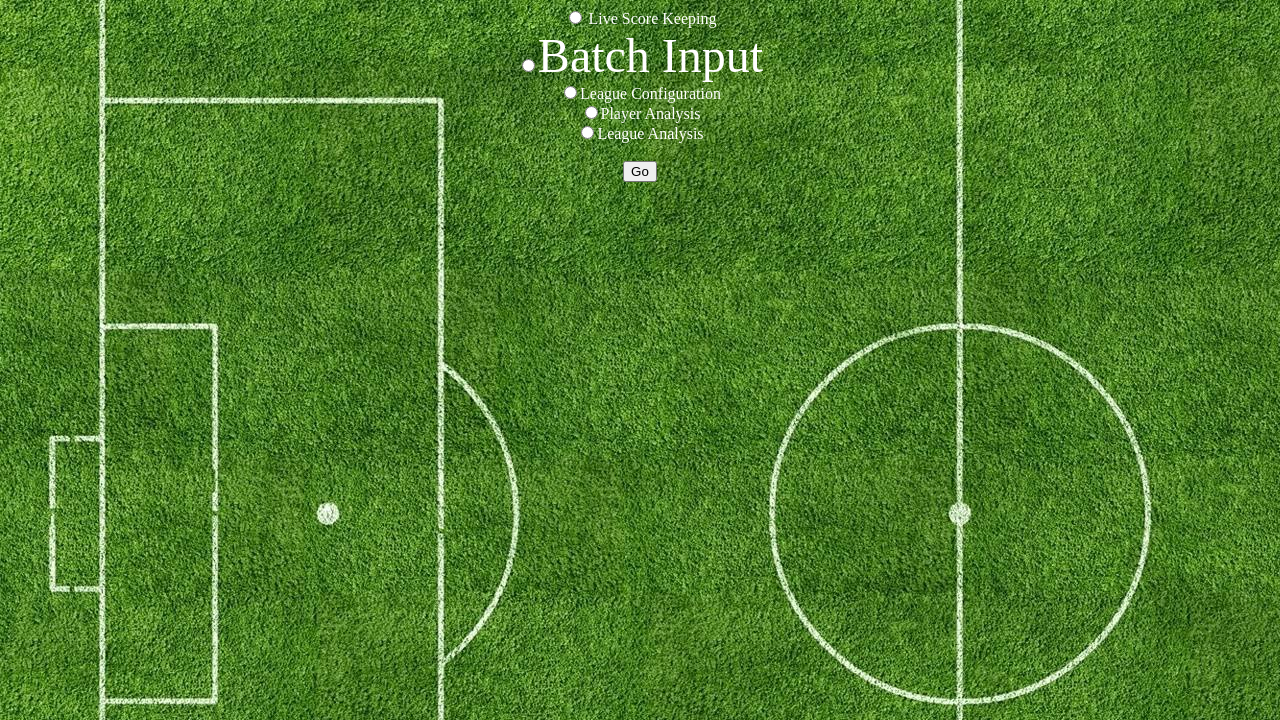
Repository: FredGlozman/SwiftScore
Page: SwiftScore/Website.html
These files come from the project's save history. The page is drawn as it stood at one moment and after the next save; the edit follows.
The browser window is 1280 px wide. The pictures show the whole page.

Above is the page before, as saved 2015-12-03 01:11:17.

After the next save:
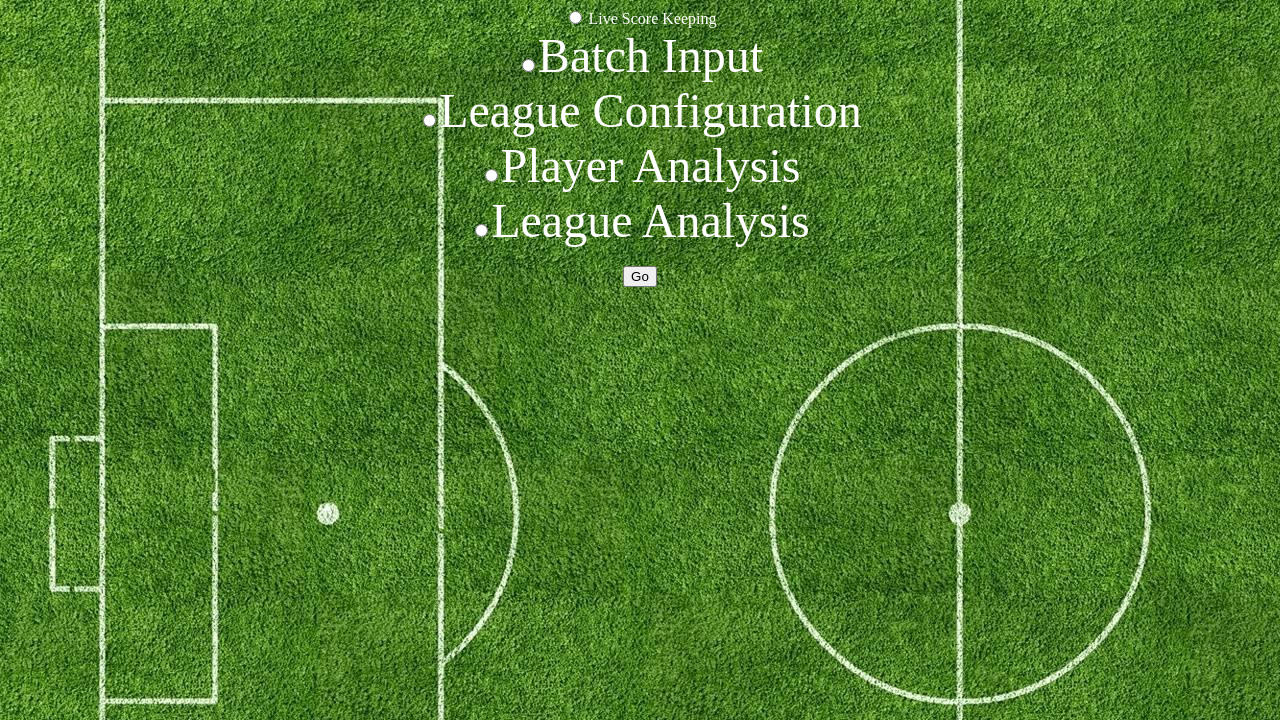
Saved 12 s later.
--- a/SwiftScore/Website.html
+++ b/SwiftScore/Website.html
@@ -14,9 +14,9 @@ input, font {
 			<input type="radio" name=“UseCase” value="1">
 			<font color="white">Live Score Keeping</font> <br>
 			<input type="radio" name="UseCase" value="2"><font color="white" size = 30x >Batch Input</font> <br>
-			<input type="radio" name="UseCase" value="3"><font color="white">League Configuration</font> <br>
-			<input type="radio" name="UseCase" value="4"><font color="white">Player Analysis</font> <br>
-			<input type="radio" name="UseCase" value="5"><font color="white">League Analysis</font> <br>
+			<input type="radio" name="UseCase" value="3"><font color="white" size = 30x >League Configuration</font> <br>
+			<input type="radio" name="UseCase" value="4"><font color="white" size = 30x >Player Analysis</font> <br>
+			<input type="radio" name="UseCase" value="5"><font color="white" size = 30x >League Analysis</font> <br>
 			<br> <input type="submit" value="Go">
 		</center>
 	</form>
